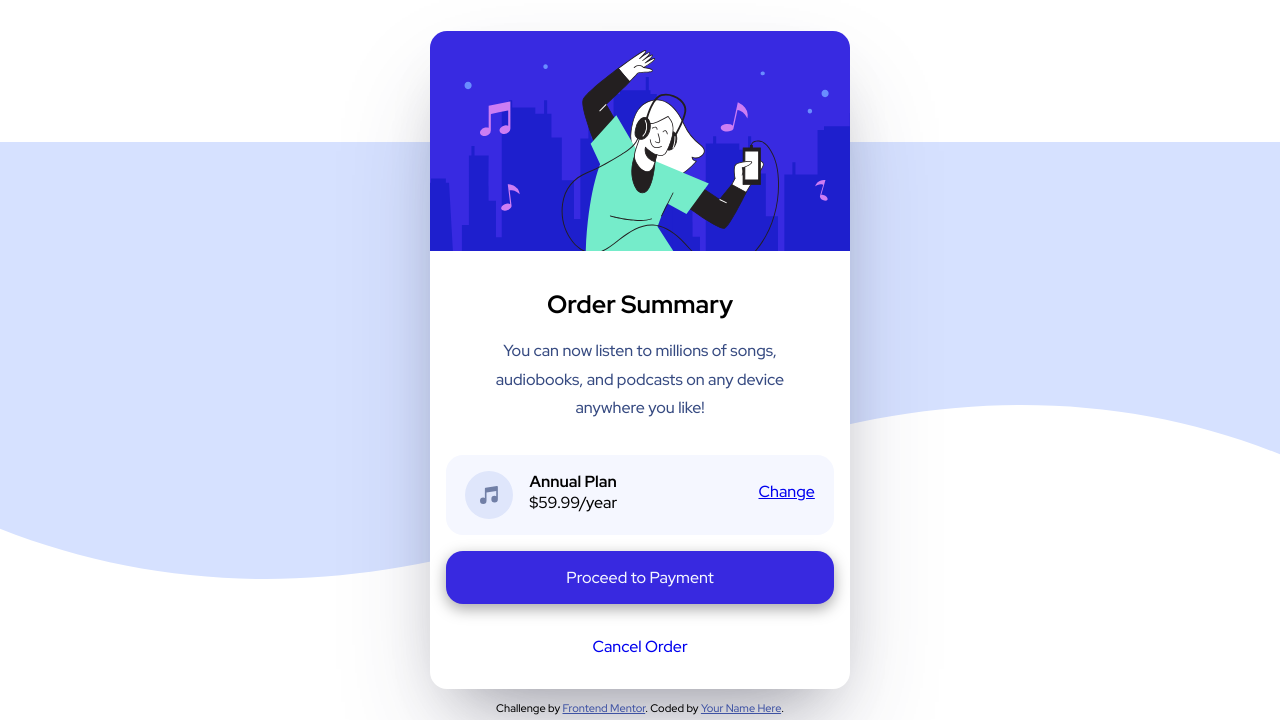
Repository: DejV44/order-summary-frontend
Page: index.html
The author's editor kept a copy of each file at every save. The page is drawn from the files as they stood at one save, then again after the next save.
The browser window is 1280 px wide. The pictures show the whole page.
The style sheet was rebuilt from its Sass, Less or Tailwind sources for each picture, by a compiler version that may differ from the author's.

Above is the page before, as saved 2021-08-13 12:31:59.

After the next save:
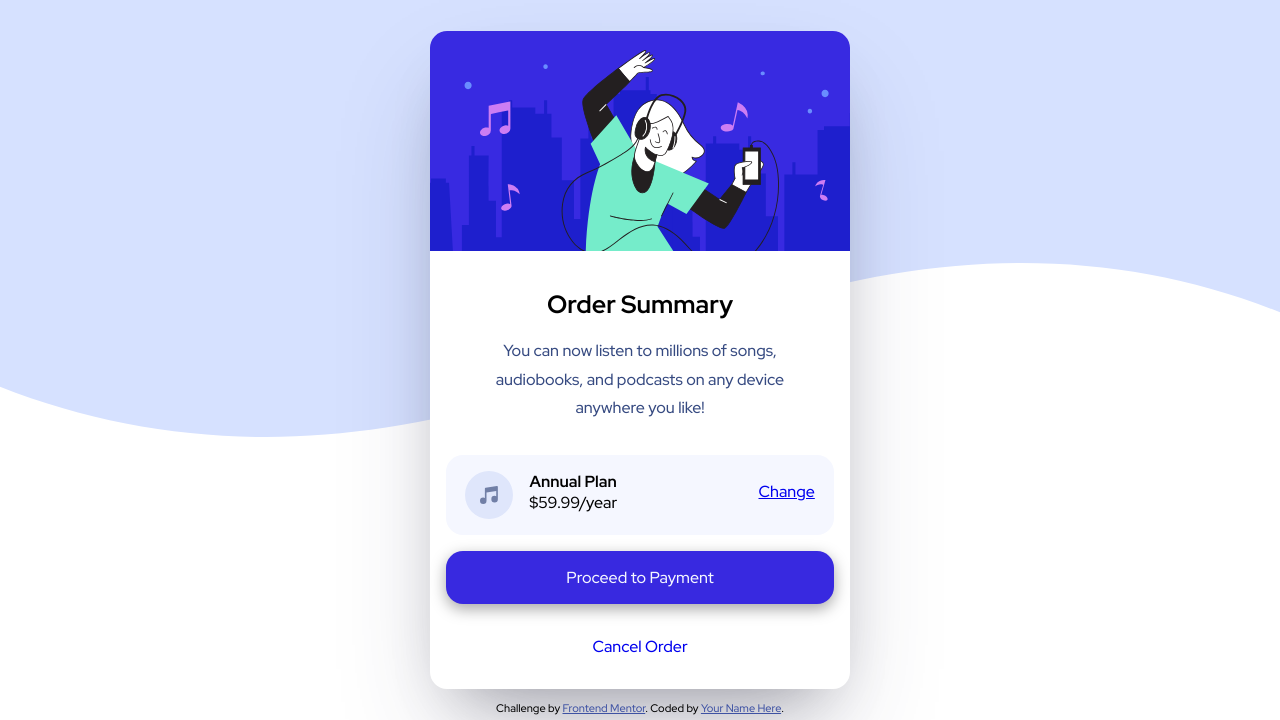
Saved 21 s later.
--- a/css/_mixins.scss
+++ b/css/_mixins.scss
@@ -13,7 +13,7 @@
     background: url(/images/pattern-background-desktop.svg);
     background-repeat: no-repeat;
 
-    background-position: center;
+    background-position: top;
 }
 
 @mixin container {
